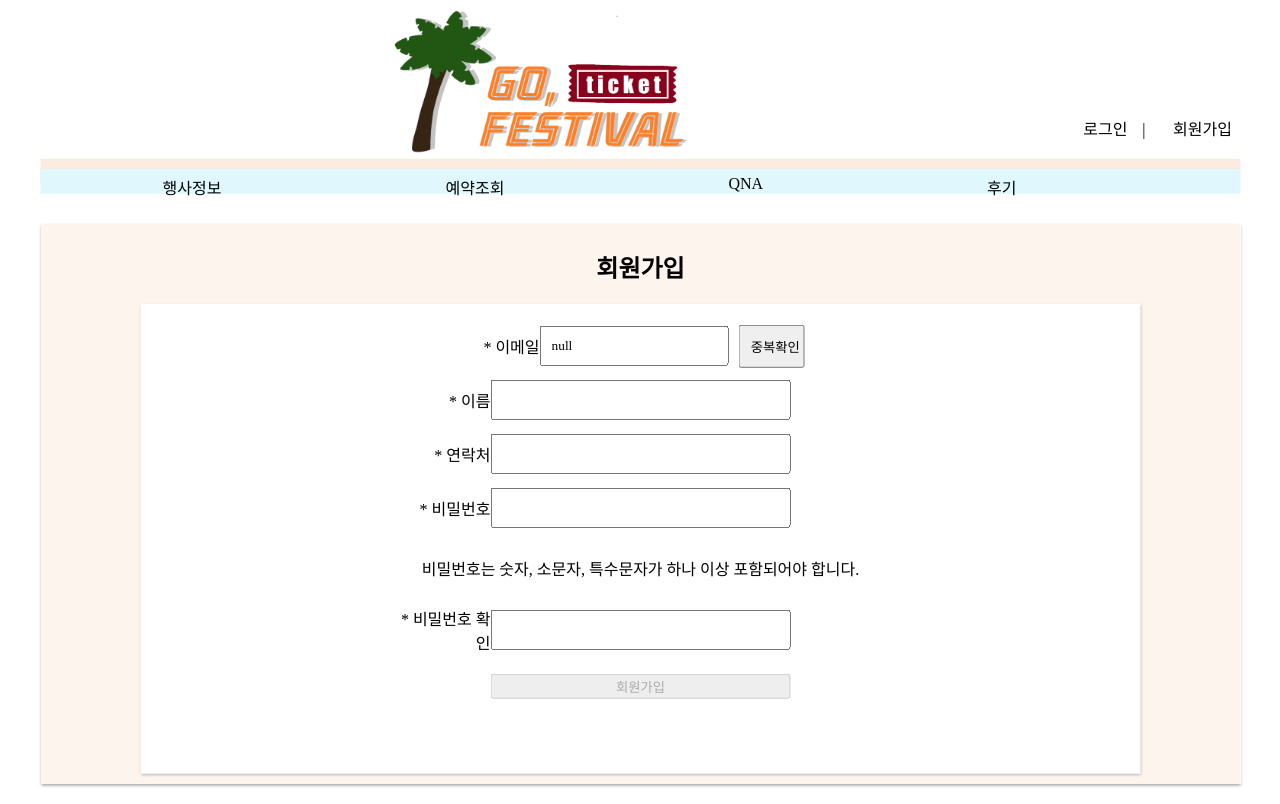
Repository: Changgyu1/Chang_Gu
Page: http://localhost/Project/register.jsp
These files come from the project's save history. The page is drawn as it stood at one moment and after the next save; the edit follows.
The browser window is 1280 px wide. The pictures show the whole page.
Some web fonts or font styles are not loaded; a fallback is used. The page is served by Tomcat 9.

Above is the page before, as saved 2023-11-16 04:57:03.

After the next save:
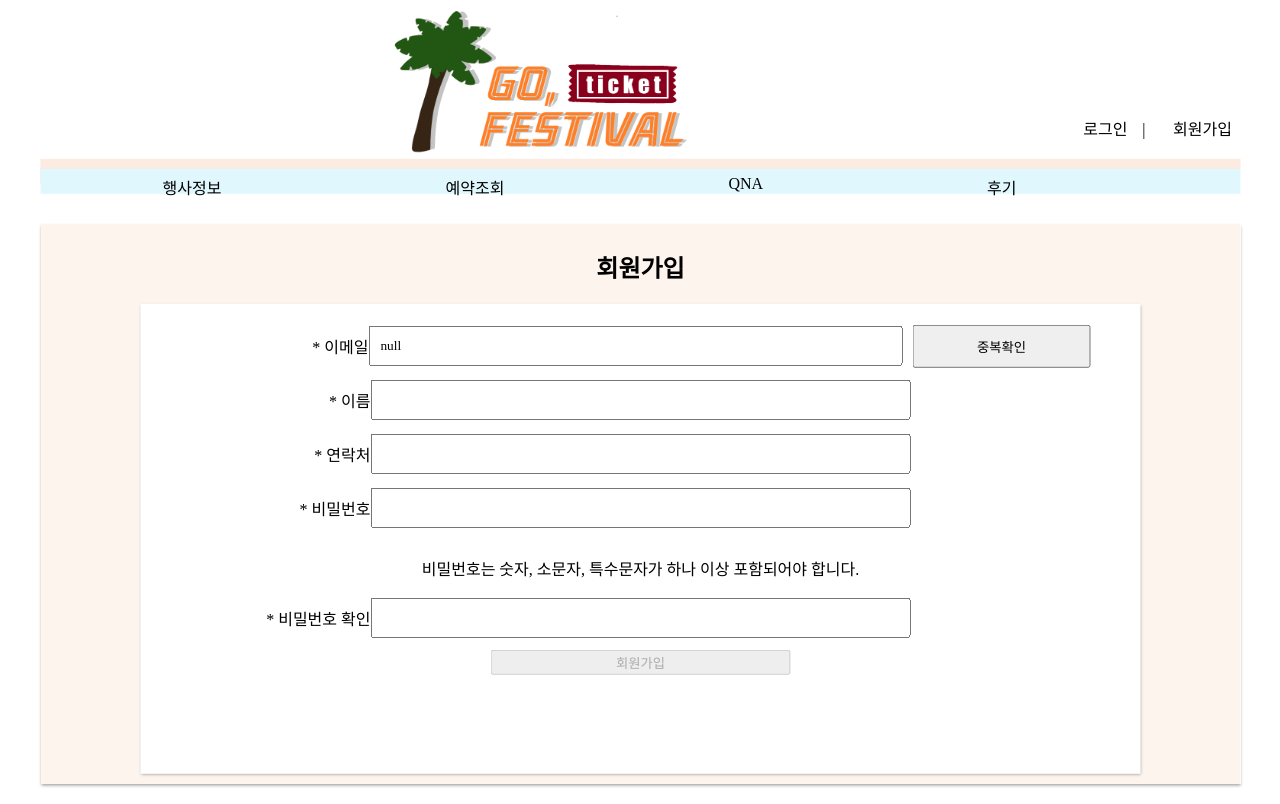
Saved 4 min 2 s later.
--- a/Project/src/main/webapp/register.jsp
+++ b/Project/src/main/webapp/register.jsp
@@ -17,7 +17,7 @@
         }
 
         .label-input-container {
-            width: 100%;
+                width: 900px;
             box-sizing: border-box;
             display: flex;
             flex-direction: row;
